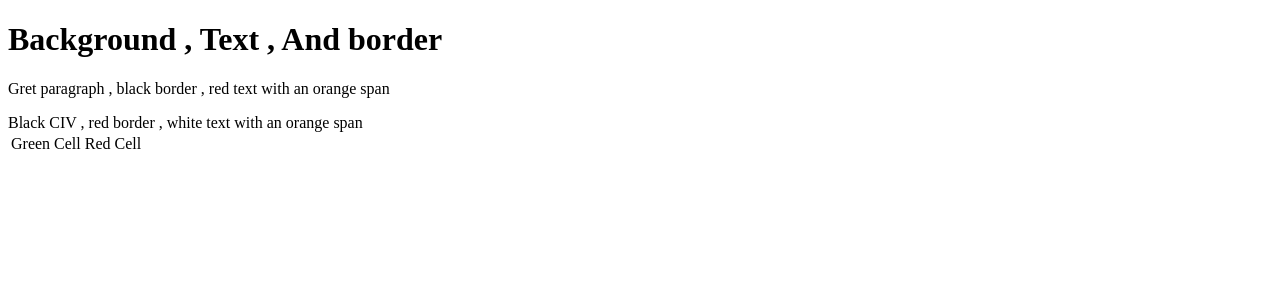
Repository: SnakeXrnt/pythonfile
Page: plusclass/2022/00_html/11_more_colors.html
An editor plug-in stored every save of this project. The page is shown before and after a run of saves, followed by the edit.
The browser window is 1280 px wide. The pictures show the whole page.

Above is the page before, as saved 2022-02-10 18:16:38.

After the next 5 saves:
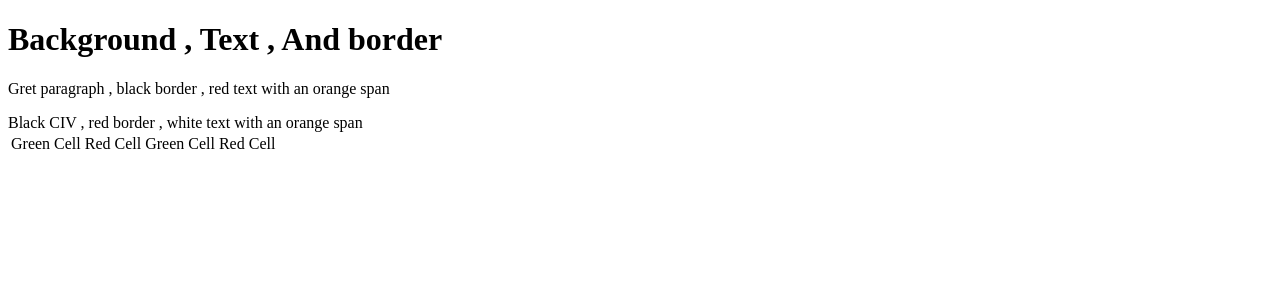
The 5 saves are shown as one change because they came seconds apart.
The last was saved 9 s later.
--- a/plusclass/2022/00_html/11_more_colors.html
+++ b/plusclass/2022/00_html/11_more_colors.html
@@ -26,7 +26,10 @@
                 <td class="greencell">Green Cell</td>
                 <td class="redcell">Red Cell</td>
             </tf>
-
+            <tf>
+                <td class="greencell">Green Cell</td>
+                <td class="redcell">Red Cell</td>
+            </tf>
         </body>
     </table>
 </body>
